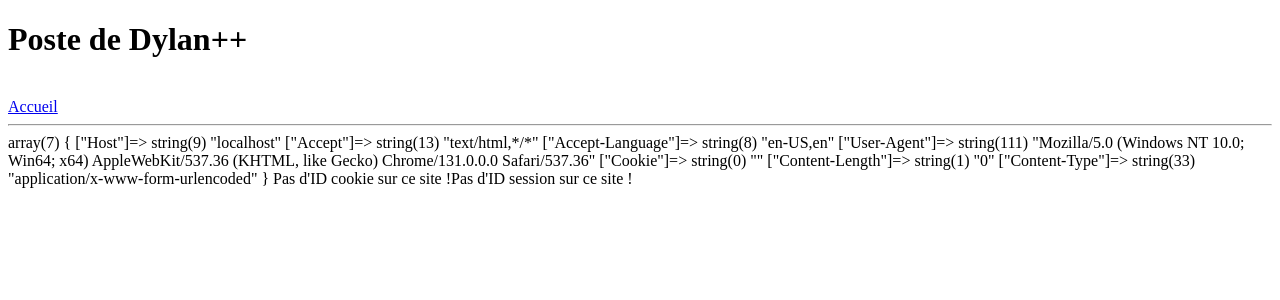
Repository: DylanCahu/cookie
Page: http://localhost/Cookies/consult.php
The author's editor kept a copy of each file at every save. The page is drawn from the files as they stood at one save, then again after the next save.
The browser window is 1280 px wide. The pictures show the whole page.
The page is run by PHP 8.4 with error messages shown; the project is at /var/www/html/.

Above is the page before, as saved 2021-12-13 09:22:51.

### consult.php
<!DOCTYPE html>
<html>
    <head>
        <title>JS</title>
        <meta charset="utf-8">

    </head>

    <body>
        <h1>Poste de Dylan++</h1>
</br>
<a href="/Cookies/index.html">Accueil</a>
        <hr>
<?php

$tabhead = getallheaders();
var_dump($tabhead);

if (isset($_COOKIE['numClient'])) {
    echo "<h3>Votre ID est: " . $_COOKIE['numClient'] . " ";
} else {
    echo "Pas d'ID cookie sur ce site !"
    ;
}

session_start();

if (isset($_SESSION['numClient'])) {
    echo "<h3>Votre ID est: " . $_SESSION['numClient'] . " ";
} else {
    echo "Pas d'ID session sur ce site !";
}

?>

    </body>
</html>

After the next save:
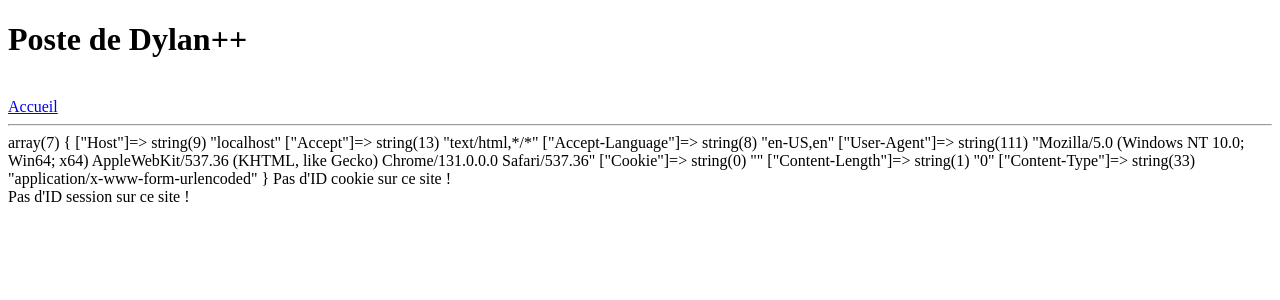
Saved 60 s later.
--- a/consult.php
+++ b/consult.php
@@ -17,19 +17,14 @@ $tabhead = getallheaders();
 var_dump($tabhead);
 
 if (isset($_COOKIE['numClient'])) {
-    echo "<h3>Votre ID est: " . $_COOKIE['numClient'] . " ";
-} else {
-    echo "Pas d'ID cookie sur ce site !"
-    ;
-}
-
-session_start();
+    echo "<h3>Votre ID cookie est: " . $_COOKIE['numClient'] . "</br> ";
+    $id = $_COOKIE['numClient'];} else {echo "Pas d'ID cookie sur ce site !</br>";
+    $id = 0;}
 
 if (isset($_SESSION['numClient'])) {
-    echo "<h3>Votre ID est: " . $_SESSION['numClient'] . " ";
-} else {
-    echo "Pas d'ID session sur ce site !";
-}
+    echo "<h3>Votre ID session est: " . $_SESSION['numClient'] . "</br> ";
+    $id = $_SESSION['numClient'];} else {echo "Pas d'ID session sur ce site !</br>";
+    $id = 0;}
 
 ?>
 
